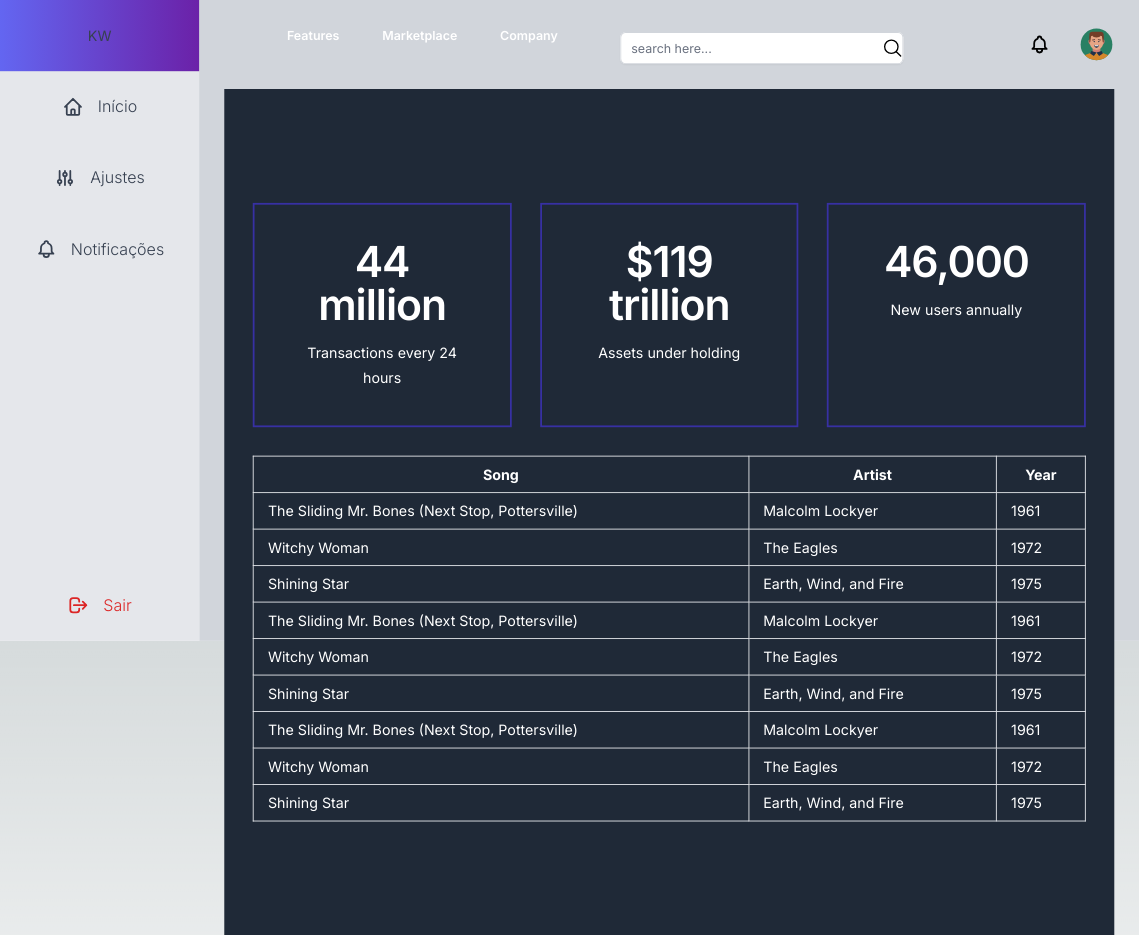
Repository: KennedyWanderson/AdminDashboard
Page: / (app in Code/admindashboard/)
An editor plug-in stored every save of this project. The page is shown before and after a run of saves, followed by the edit.
The browser window is 1280 px wide. The pictures show the whole page, at 89% of full size.
The project was rebuilt for these pictures with package versions that can differ from the ones it lists, and the page was loaded fresh each time. The framework's server and built-in components were replaced by stand-ins that run in the browser. Also part of the build but not shown: Code/admindashboard/next.config.mjs.

Above is the page before, as saved 2024-06-23 15:54:59.

After the next 2 saves:
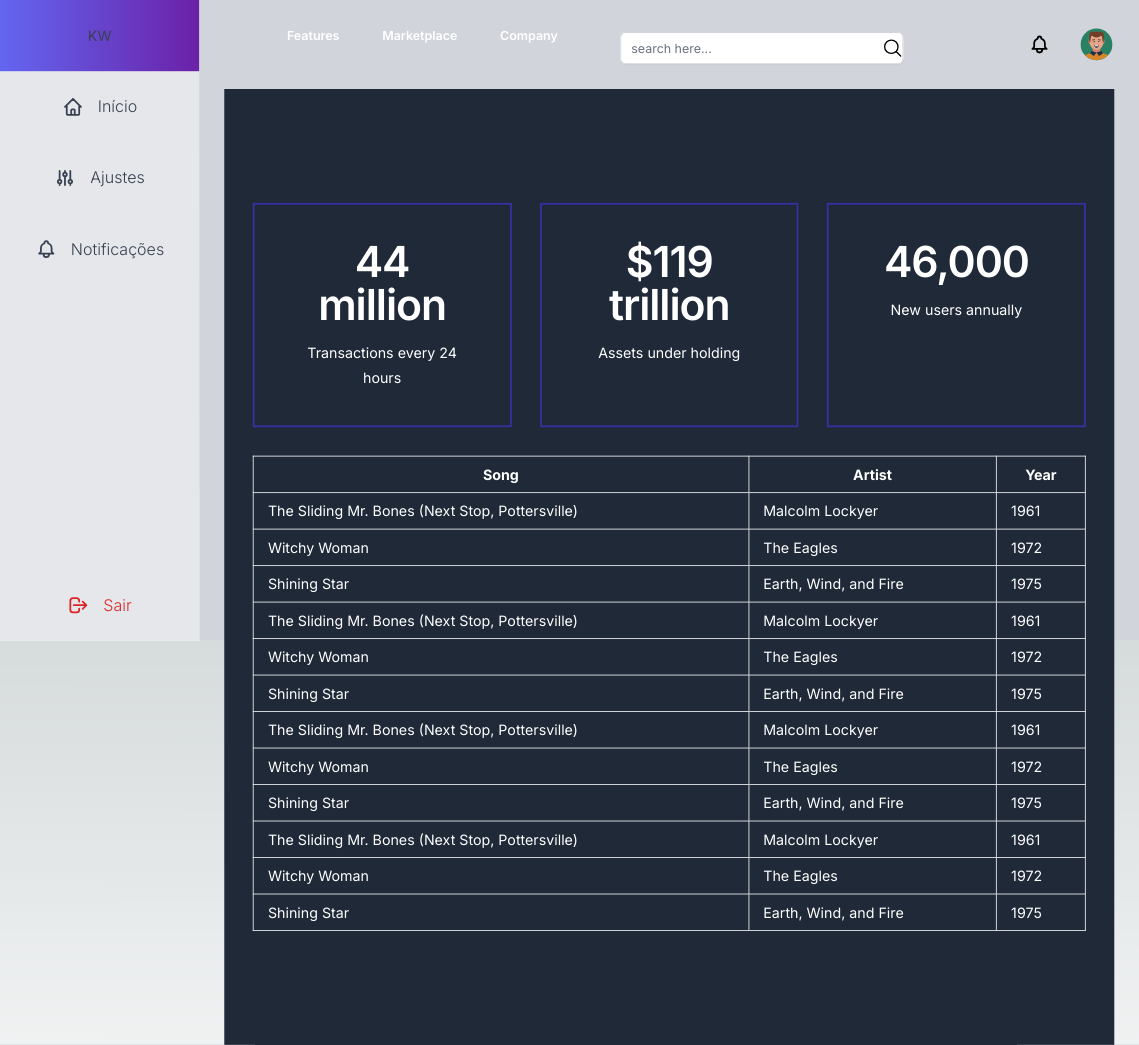
The 2 saves are shown as one change because they came seconds apart.
The last was saved 8 s later.
--- a/Code/admindashboard/src/components/Home.jsx
+++ b/Code/admindashboard/src/components/Home.jsx
@@ -71,6 +71,22 @@ export default function HomePage() {
                             <td className="px-4 py-2 border">Earth, Wind, and Fire</td>
                             <td className="px-4 py-2 border">1975</td>
                         </tr>
+                        <tr className="">
+                            <td className="px-4 py-2 border">The Sliding Mr. Bones (Next Stop, Pottersville)</td>
+                            <td className="px-4 py-2 border">Malcolm Lockyer</td>
+                            <td className="px-4 py-2 border">1961</td>
+                        </tr>
+                        <tr className="">
+                            <td className="px-4 py-2 border">Witchy Woman</td>
+                            <td className="px-4 py-2 border">The Eagles</td>
+                            <td className="px-4 py-2 border">1972</td>
+                        </tr>
+                        <tr className="">
+                            <td className="px-4 py-2 border">Shining Star</td>
+                            <td className="px-4 py-2 border">Earth, Wind, and Fire</td>
+                            <td className="px-4 py-2 border">1975</td>
+                        </tr>
+
                     </tbody>
                 </table>
             </div>
